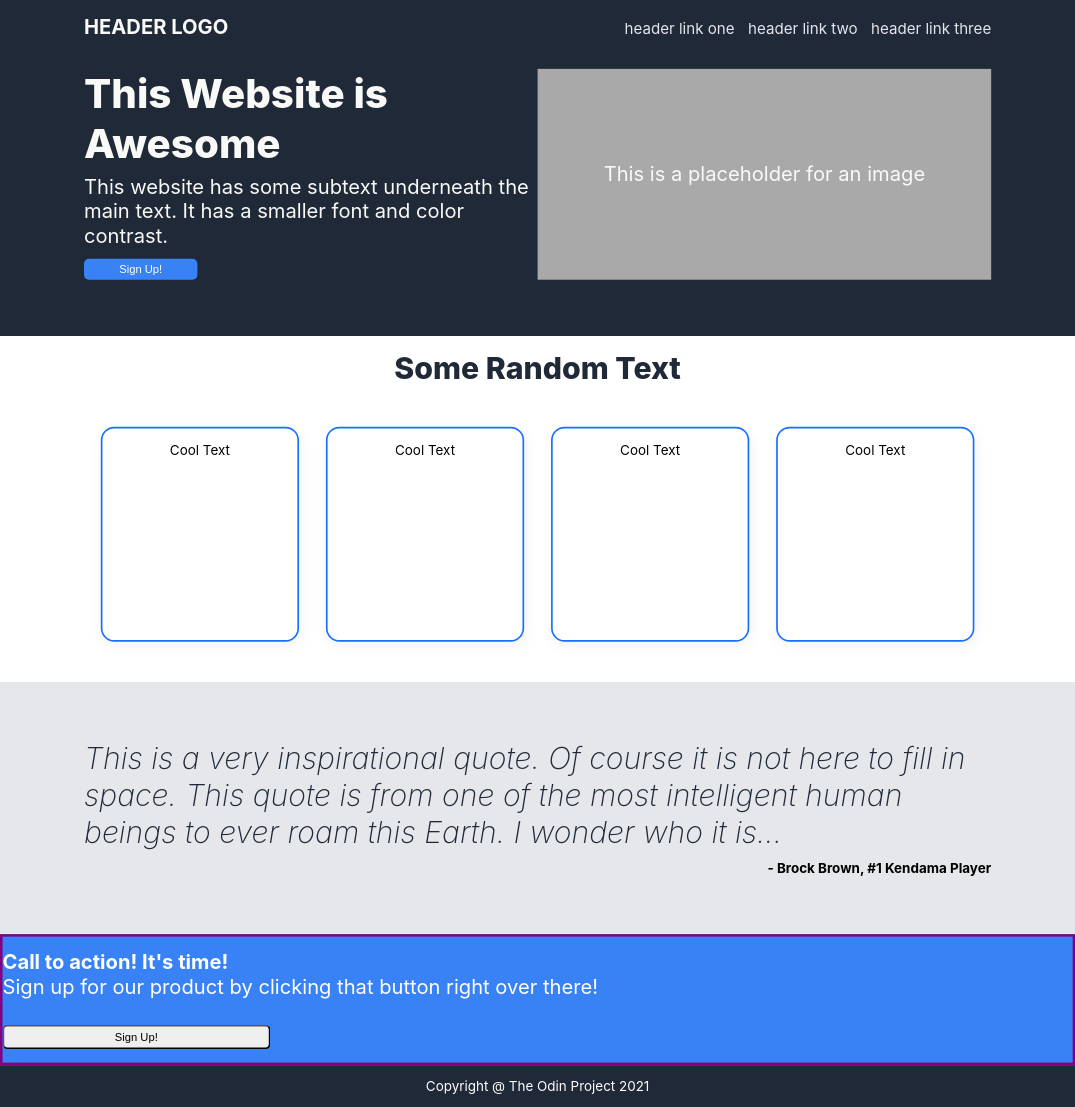
Repository: bbrockbrown/landing-page
Page: index.html
These files come from the project's save history. The page is drawn as it stood at one moment and after the next save; the edit follows.
The browser window is 1280 px wide. The pictures show the whole page, at 84% of full size.

Above is the page before, as saved 2024-07-24 16:14:44.

After the next save:
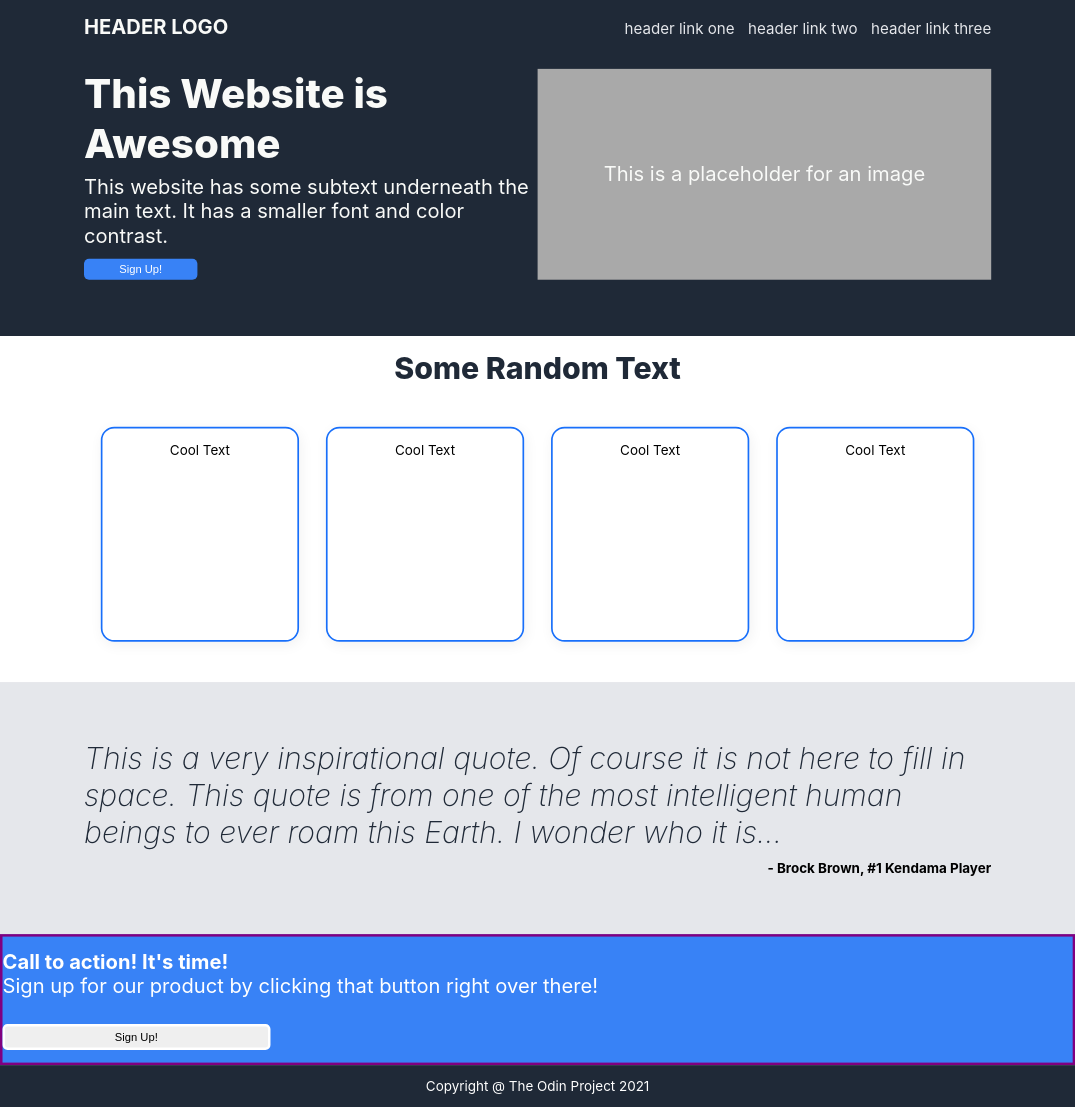
Saved 19 s later.
--- a/styles.css
+++ b/styles.css
@@ -153,7 +153,7 @@ a {
     font-weight: 700;
 }
 
-#lower-button .signup-button {
+.signup-button2 {
     border: 3px white solid;
 }
 
